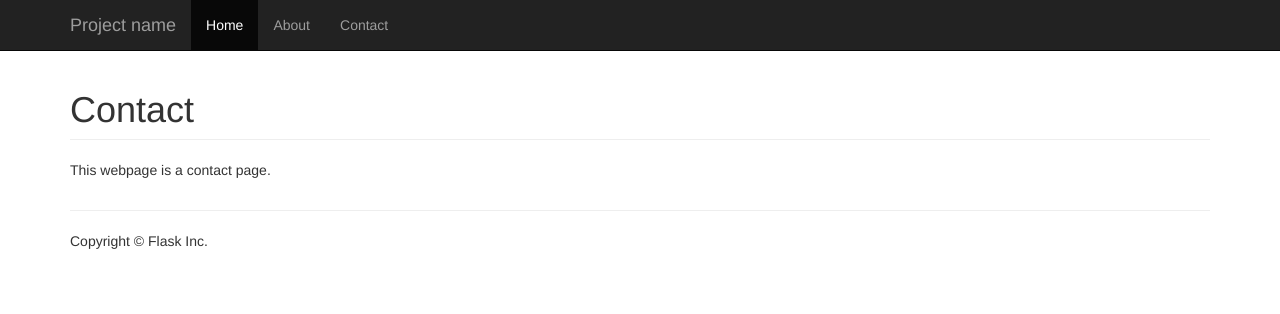
Repository: BodleyAlton/info3180-lab3-ex2
Page: app/templates/contact.html
The author's editor kept a record of every edit. The page is drawn from the files as they stood at one moment, then again after the next edit.
The browser window is 1280 px wide. The pictures show the whole page.
The template is drawn by Flask 3. The application's start-up code is not run. Other server files are loaded and not shown. The template is opened directly, without the code that normally fills it, so the values that code supplies are empty.

Above is the page before.

### app/templates/contact.html
{% extends "base.html" %}

{% block main %}
<h1 class="page-header">Contact</h1>
<p>This webpage is a contact page.</p>
{% endblock %}

### app/templates/base.html
<!DOCTYPE html>
<html lang="en">
  <head>
    <meta charset="utf-8">
    <meta http-equiv="X-UA-Compatible" content="IE=edge">
    <meta name="viewport" content="width=device-width, initial-scale=1">
    <!-- The above 3 meta tags *must* come first in the head; any other head content must come *after* these tags -->
    <title>Flask Starter App</title>

    <!-- Bootstrap -->
    <link href="/static/css/bootstrap.min.css" rel="stylesheet">

    <!-- HTML5 shim and Respond.js for IE8 support of HTML5 elements and media queries -->
    <!-- WARNING: Respond.js doesn't work if you view the page via file:// -->
    <!--[if lt IE 9]>
      <script src="https://oss.maxcdn.com/html5shiv/3.7.3/html5shiv.min.js"></script>
      <script src="https://oss.maxcdn.com/respond/1.4.2/respond.min.js"></script>
    <![endif]-->
    <link rel="stylesheet" href="/static/css/app.css">
    {% block css %} {% endblock%}
  </head>
  <body>
    <header>
        {% include "header.html" %}
    </header>
    <main>
        <div class="container">
            {% block main %}{% endblock %}
        </div>
    </main>
    <footer>
        <div class="container">
            {% include "footer.html" %}
        </div>
    </footer>

    <!-- jQuery (necessary for Bootstrap's JavaScript plugins) -->
    <script src="https://ajax.googleapis.com/ajax/libs/jquery/1.12.4/jquery.min.js"></script>
    <!-- Include all compiled plugins (below), or include individual files as needed -->
    <script src="/static/js/bootstrap.min.js"></script>
    {% block js %} {% endblock%}
  </body>
</html>

### app/templates/header.html
<nav class="navbar navbar-inverse navbar-fixed-top">
      <div class="container">
        <div class="navbar-header">
          <button type="button" class="navbar-toggle collapsed" data-toggle="collapse" data-target="#navbar" aria-expanded="false" aria-controls="navbar">
            <span class="sr-only">Toggle navigation</span>
            <span class="icon-bar"></span>
            <span class="icon-bar"></span>
            <span class="icon-bar"></span>
          </button>
          <a class="navbar-brand" href="#">Project name</a>
        </div>
        <div id="navbar" class="collapse navbar-collapse">
          <ul class="nav navbar-nav">
            <li class="active"><a href="{{ url_for('home') }}">Home</a></li>
            <li><a href="{{ url_for('about') }}">About</a></li>
            <li><a href="{{ url_for('contact') }}">Contact</a></li>
          </ul>
        </div><!--/.nav-collapse -->
      </div>
</nav>

Loaded but not shown: app/templates/footer.html (common file); app/static/css/bootstrap.min.css (library); app/static/css/app.css (common file); app/static/js/bootstrap.min.js (library)

After the next edit:
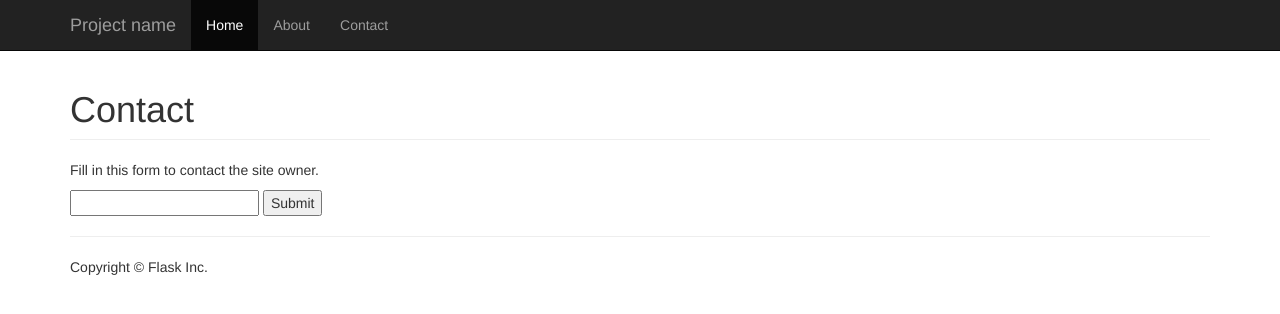
The edit:
--- a/app/templates/contact.html
+++ b/app/templates/contact.html
@@ -2,5 +2,9 @@
 
 {% block main %}
 <h1 class="page-header">Contact</h1>
-<p>This webpage is a contact page.</p>
+<p>Fill in this form to contact the site owner.</p>
+<form>
+    <input type="text" name=""/>
+    <input type="submit" value="Submit"/>
+</form>
 {% endblock %}
